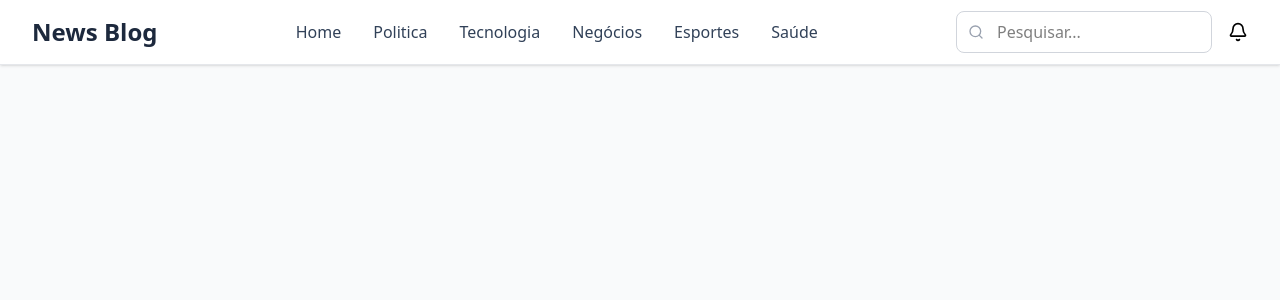
Repository: estevam02009/news-blog
Page: /
An editor plug-in stored every save of this project. The page is shown before and after the next save, followed by the edit.
The browser window is 1280 px wide. The pictures show the whole page.
The project was rebuilt for these pictures with package versions that can differ from the ones it lists, and the page was loaded fresh each time. Also part of the build but not shown: vite.config.ts.

Above is the page before, as saved 2025-08-08 17:03:14.

### index.html
<!doctype html>
<html lang="pt-BR">
  <head>
    <meta charset="UTF-8" />
    <link rel="icon" type="image/svg+xml" href="/vite.svg" />
    <meta name="viewport" content="width=device-width, initial-scale=1.0" />
    <title>News Blog</title>
  </head>
  <body>
    <div id="root"></div>
    <script type="module" src="/src/main.tsx"></script>
  </body>
</html>

### src/App.tsx
import Header from "./components/Header"

function App() {

  return (
    <div className="min-h-screen bg-gray-50">
      <Header />
    </div>
  )
}

export default App

### src/components/Header.tsx
import React from 'react'
import { Search, Menu, Bell, User } from 'lucide-react'

const Header: React.FC = () => {
    return (
        <header className='bg-white shadow-sm border-b border-gray-200 sticky top-0 z-50'>
            <div className='max-w-7xl mx-auto px-4 sm:px-6 lg:px-8'>
                <div className='flex items-center justify-between h-16'>
                    {/* LOGO */}
                    <div className='flex items-center'>
                        <h1 className='text-2xl font-bold text-slate-800'>News Blog</h1>
                    </div>

                    {/* Desktop Navigation */}
                    <nav className='hidden md:flex items-center space-x-8'>
                        <a href='/' className='text-slate-700 hover:text-blue-600 font-medium transition-colors'>Home</a>
                        <a href='#' className='text-slate-700 hover:text-blue-600 font-medium transition-colors'>Politica</a>
                        <a href='#' className='text-slate-700 hover:text-blue-600 font-medium transition-colors'>Tecnologia</a>
                        <a href='#' className='text-slate-700 hover:text-blue-600 font-medium transition-colors'>Negócios</a>
                        <a href='#' className='text-slate-700 hover:text-blue-600 font-medium transition-colors'>Esportes</a>
                        <a href='#' className='text-slate-700 hover:text-blue-600 font-medium transition-colors'>Saúde</a>
                    </nav>

                    {/* Pesquisa e Ações */}
                    <div className='flex items-center space-x-4'>
                        <div className='relative hidden sm:block'>
                            <Search className='absolute top-1/2 left-3 transform -translate-y-1/2  h-4 w-4 text-gray-400' />
                            <input
                                type='text'
                                placeholder='Pesquisar...'
                                className='pl-10 pr-4 py-2 border border-gray-300 rounded-lg focus:ring-2 focus:ring-blue-500 focus:border-transparent w-64'
                            />
                        </div>
                        <button>
                            <Bell className='h-5 w-5' />
                        </button>
                    </div>
                </div>
            </div>
        </header>
    )
}

export default Header

Loaded but not shown: src/main.tsx (common file); src/index.css (common file)

After the next save:
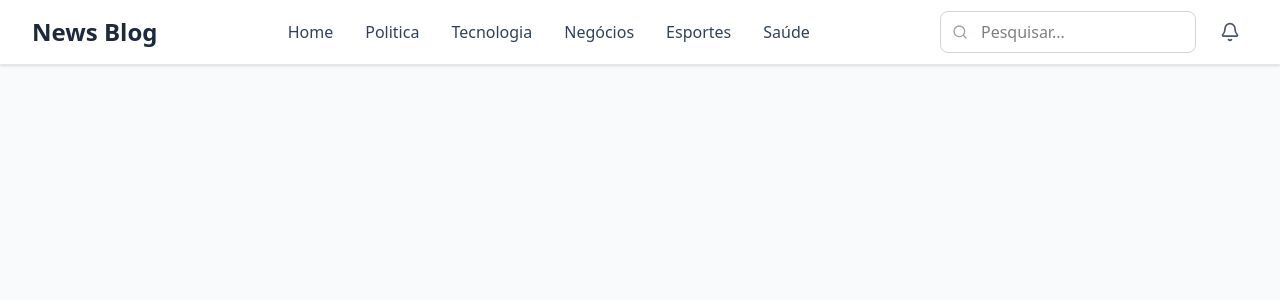
Saved 93 s later.
--- a/src/components/Header.tsx
+++ b/src/components/Header.tsx
@@ -31,7 +31,7 @@ const Header: React.FC = () => {
                                 className='pl-10 pr-4 py-2 border border-gray-300 rounded-lg focus:ring-2 focus:ring-blue-500 focus:border-transparent w-64'
                             />
                         </div>
-                        <button>
+                        <button className='p-2 text-gray-600 hover:text-blue-600 transition-colors'>
                             <Bell className='h-5 w-5' />
                         </button>
                     </div>
